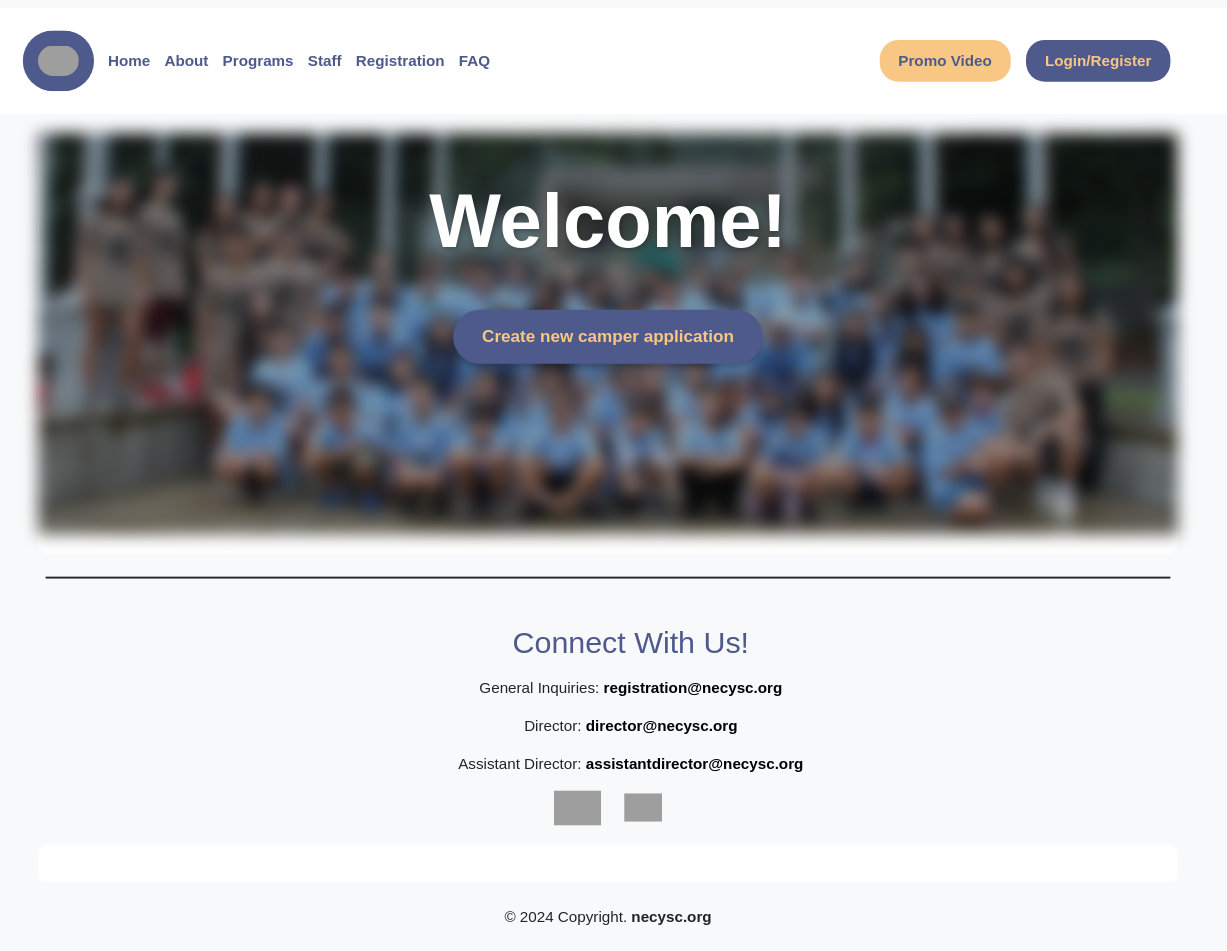
Repository: fullstackatbrown/project-necysc
Page: necysc_app/templates/necysc_app/applicant/index.html
These files come from the project's save history. The page is drawn as it stood at one moment and after the next save; the edit follows.
The browser window is 1280 px wide. The page is 1292 px wide, so the pictures cover 1292 px, including what lies to the right of the window. The pictures show the whole page, at 95% of full size.
Pictures or frames that could not be fetched are drawn as grey boxes. Some web fonts or font styles are not loaded; a fallback is used. The template is drawn by Django 5.2. The application's start-up code is not run. Other server files are loaded and not shown. The template is opened directly, without the code that normally fills it, so the values that code supplies are empty.

Above is the page before, as saved 2024-12-04 03:19:03.

### necysc_app/templates/necysc_app/applicant/index.html
{% extends "necysc_app/base.html" %}
{% load static %}
{% block title %} Applicant Portal {% endblock %}

{% block content %}
<link rel="stylesheet" href="{% static 'necysc_app/applicant_home.css' %}">

<style>
    body {
        background-color: #f8f9fa;
        margin: 0;
        padding: 0;
        height: 100%;
        width: 100%;
        position: relative;
        overflow: hidden;
    }

    .background {
        position: absolute;
        top: 0;
        left: 0;
        width: 100%;
        height: calc(100% - 20px);
        z-index: -1;
        background-image: url("{% static 'necysc_app/images/necyscbannerimage.jpg' %}");
        background-size: cover;
        background-position: center;
        filter: blur(8px);
    }

    body, html {
        margin: 0;
        padding: 0;
        height: 100%;
        width: 100%;
        background-color: #f8f9fa; /* 可选 */
    }

    .container {
        position: relative;
        z-index: 1;
        background-color: rgba(255, 255, 255, 0.9);
        padding: 20px;
        border-radius: 10px;
        max-width: 1200px;
        margin: auto;
        margin-top: 20px;
    }

    h1, p, a, button {
        position: relative;
        z-index: 2;
    }

    .button-container {
        display: flex;
        justify-content: center;
        align-items: flex-start;
        height: 33vh;
        margin-top: 5vh;
    }
    .content-container {
        display: flex;
        flex-direction: column;
        justify-content: center;
        align-items: center;
        height: 13vh;
        margin-top: 5vh;
    }

    .btn-purple {
        background-color: #4e598c;
        color: #f9c784;
        transition: all 0.3s ease;
        border: none;
        padding: 15px 30px;
        cursor: pointer;
        font-size: 18px;
        border-radius: 50px;
        box-shadow: 0 4px 6px rgba(0, 0, 0, 0.2);
    }

    .welcome-title {
        font-size: 5rem;
        text-align: center;
        margin-bottom: 20px;
        font-weight: bold;
        text-shadow: 2px 2px 5px rgba(0, 0, 0, 0.2);
    }

    .btn-purple:hover {
        background-color: #f9c784;
        color: #ffffff;
    }

    .enlarged-btn {
        transform: scale(1);
        transition: transform 0.3s ease;
    }

    .enlarged-btn:hover {
        transform: scale(1.2);
    }
</style>

<div class="background"></div>


<div class="content-container">
    <h2 class="welcome-title">Welcome!</h2>
</div>

{% if applications %}
<div class="container mb-4">
    {% for application in applications %}
    <div class="card col-4 glow">
        <a href="{% url 'necysc_app:application_detail' application.id %}" class="application-card-link">
            <div class="card-body">
                <h5 class="card-title">
                    <span>{{ application.applicant_fname }} {{ application.applicant_lname }}</span>
                    {% if application.app_status == 'A' %}
                    <span class="badge bg-success float-end">Accepted</span>
                    {% elif application.app_status == 'P' %}
                    <span class="badge bg-secondary float-end">Pending</span>
                    {% else %}
                    <span class="badge bg-danger float-end">Rejected</span>
                    {% endif %}
                </h5>
                <hr>
                <p class="card-text fw-light">Year: {{ application.app_year }}</p>
                <p class="card-text m-0 fw-light">Health Status: {{ application.health_record_status }}</p>
            </div>
        </a>
    </div>
    {% endfor %}
</div>
{% endif %}

<div class="button-container">
    <a class="btn-purple enlarged-btn" href="{% url 'necysc_app:new_application' %}">Create new camper application</a>
</div>
{% endblock %}

{% block footer %}
<footer class="pt-4" id="contact">
    <h2 class="ps-5 mb-3 mt-5 text-center" style="color: white;">Connect With Us!</h2>
    <p class="ps-5 text-center" style="color: white;">General Inquiries:
        <a href="mailto:registration@necysc.org" style="color: white">registration@necysc.org</a>
    </p>
    <p class="ps-5 text-center" style="color: white;"> Director:
        <a href="mailto:director@necysc.org" style="color: white">director@necysc.org</a>
    </p>
    <p class="ps-5 text-center" style="color: white;"> Assistant Director:
        <a href="mailto:assistantdirector@necysc.org" style="color: white">assistantdirector@necysc.org</a>
    </p>
    <div class="row text-center align-items-center justify-content-center">
        <div class="col-auto">
            <a href="https://www.instagram.com/NECYSC/" target="_blank">
                <img src="https://cdn.freebiesupply.com/images/large/2x/instagram-icon-white-on-black.png" alt="Instagram Logo" style="width: 50px; height: auto;">
            </a>
        </div>
        <div class="col-auto">
            <a href="https://www.facebook.com/NECYSC" target="_blank">
                <img src="https://www.freepnglogos.com/uploads/logo-facebook-png/logo-facebook-facebook-logo-png-transparent-svg-vector-bie-supply-18.png" alt="Facebook Logo" style="width: 40px; height: auto;">
            </a>
        </div>
    </div>
    <div class="text-center p-4" style="color: white;">
        © 2024 Copyright.
        <a class="text-reset" href="https://necysc.org/">necysc.org</a>
    </div>
</footer>
{% endblock %}

### necysc_app/templates/necysc_app/base.html
<!DOCTYPE html>
<html lang="en">
	<!-- Header -->
	{% load static %} {% include 'necysc_app/header.html' %}

	<head>
		<!-- Required meta tags -->
		<meta charset="utf-8" />
		<meta name="viewport" content="width=device-width, initial-scale=1" />

		<!--Bootstrap CSS-->
		<link
			href="https://cdn.jsdelivr.net/npm/bootstrap@5.0.2/dist/css/bootstrap.min.css"
			rel="stylesheet"
			integrity="sha384-EVSTQN3/azprG1Anm3QDgpJLIm9Nao0Yz1ztcQTwFspd3yD65VohhpuuCOmLASjC"
			crossorigin="anonymous"
		/>

		<title>{% block title %} {% endblock %}</title>
		<link rel="preconnect" href="https://fonts.googleapis.com" />
		<link rel="preconnect" href="https://fonts.gstatic.com" crossorigin />
		<link
			href="https://fonts.googleapis.com/css2?family=Roboto+Mono:ital,wght@0,100..700;1,100..700&display=swap"
			rel="stylesheet"
		/>

		<!--global Hind font-->
		<link
			href="https://fonts.googleapis.com/css2?family=Hind:wght@400;500;600&display=swap"
			rel="stylesheet"
		/>
		<style>
			body {
				font-family: "Hind", sans-serif;
			}
		</style>

	</head>

	<body>
		<!-- Navbar -->
		{% include 'necysc_app/navbar.html' %}

		<!-- Content -->
		<div class="container">{% block content %} {% endblock %}</div>

		<!-- Footer -->
		{% include 'necysc_app/footer.html' %}

		<!--Bootstrap JavaScript Plugins-->
		<script
			src="https://cdn.jsdelivr.net/npm/bootstrap@5.0.2/dist/js/bootstrap.bundle.min.js"
			integrity="sha384-MrcW6ZMFYlzcLA8Nl+NtUVF0sA7MsXsP1UyJoMp4YLEuNSfAP+JcXn/tWtIaxVXM"
			crossorigin="anonymous"
		></script>
	</body>
</html>

### necysc_app/templates/necysc_app/header.html
<!-- Header -->
<head>
    <meta charset="UTF-8" />
    <!-- Bootstrap Imports -->
    <link
      href="https://cdn.jsdelivr.net/npm/bootstrap@5.0.2/dist/css/bootstrap.min.css"
      rel="stylesheet"
      integrity="sha384-EVSTQN3/azprG1Anm3QDgpJLIm9Nao0Yz1ztcQTwFspd3yD65VohhpuuCOmLASjC"
      crossorigin="anonymous"
    />
    <link
      href="https://cdn.jsdelivr.net/npm/bootstrap-icons@1.8.1/font/bootstrap-icons.css"
      rel="stylesheet"
    />
    <script
    src="https://cdn.jsdelivr.net/npm/bootstrap@5.0.2/dist/js/bootstrap.bundle.min.js"
    integrity="sha384-MrcW6ZMFYlzcLA8Nl+NtUVF0sA7MsXsP1UyJoMp4YLEuNSfAP+JcXn/tWtIaxVXM"
    crossorigin="anonymous"
    ></script>
    <meta name="viewport" content="width=device-width, initial-scale=1" />
    {% load static %}
    <link href="{% static 'necysc_app/style.css' %}" rel="stylesheet" />
    <link rel="icon" href="{%  static 'necysc_app/images/favicon.ico' %}">
</head>

### necysc_app/templates/necysc_app/navbar.html
<!DOCTYPE html>
<html>
<head>
    <title>Your Page Title</title>
    <style>
        a {
            font-weight: bold;
            text-decoration: none;
        }

        .dropdown {
            position: relative;
            display: inline-block;
        }

        .dropdown-content {
            display: none;
            position: absolute;
            background-color: #f9f9f9;
            min-width: 160px;
            box-shadow: 0px 8px 16px 0px rgba(0, 0, 0, 0.2);
            z-index: 10;
            top: 100%;
        }

        .dropdown-content a {
            color: #4e598c;
            padding: 12px 16px;
            text-decoration: none;
            display: block;
            transition: color 0.3s ease, background-color 0.3s ease;
        }

        .dropdown-content a:hover {
            background-color: #4e598c;
            color: #F9C784;
        }

        .dropdown:hover .dropdown-content {
            display: block;
        }

        .navbar-link {
            color: #4e598c;
            transition: color 0.3s ease;
        }

        .navbar-link:hover {
            color: #F9C784;
            background: #4e598c;
            transition: color 0.3s ease;
            padding: 10px 20px;
            border-radius: 9px;
        }

        .active {
            color: #F9C784;
            background: #4e598c;
            padding: 10px 20px;
            text-decoration: none;
            border-radius: 9px;
        }


        .btn-login {
            background-color: #4e598c;
            color: #F9C784;
            transition: all 0.3s ease;
            padding: 10px 20px;
            border-radius: 20px;
            display: inline-block;
            text-align: center;
        }

        .btn-login:hover {
            background-color: #F9C784;
            color: #FFFFFF;
        }

        .btn-padding {
            padding: 10px 20px;
            border-radius: 20px;
            display: inline-block;
            text-align: center;
            background: #F9C784;
            color: #4e598c;
            transition: all 0.3s ease;
        }

        .btn-padding:hover {
            background-color: #4e598c;
            color: #ffffff;
        }


        .col-auto {
            display: flex;
            align-items: center;
        }

        img {
            height: 4rem;
            max-width: 100%;
        }

        #logobutton {
            background-color: #4e598c;
            transition: all 0.3s ease;
        }

        #logobutton:hover {
            background-color: #F9C784;
            color: #FFFFFF;
        }
    </style>
</head>
<body>

<!-- navbar sticky -->
{% load static %}
<div class="row mt-2 pt-4 pb-4 mb-3 d-flex ps-4 pe-5 align-items-center gap-3 sticky-top bg-bi-white bg-white row">

    <input type="checkbox" id="menu-toggle" class="menu-toggle">
    <label for="menu-toggle" class="hamburger">
        &#9776;
    </label>

    <div class="nav-links">

        <div class="col-auto">
            <a href="{% url 'necysc_app:index' %}" id="logo-link">
                <img src="https://www.necysc.org/v2/images/logo2.png" alt="Your Image Description" id="logobutton" class="rounded-pill p-3"/>
            </a>
        </div>

        <div class="dropdown col-auto">
            {% if request.user.is_authenticated %}
            <a href="{% url 'necysc_app:home' %}" class="navbar-link {% if request.path == '/' %}active{% endif %}">Applicant Home</a>
            {% else %}
            <a href="{% url 'necysc_app:index' %}" class="navbar-link {% if request.path == '/' %}active{% endif %}">Home</a>
            {% endif %}
        </div>

        {% if not request.user.is_authenticated %}
        <div class="dropdown col-auto">
            <a href="{% url 'necysc_app:about' %}" class="navbar-link {% if request.path == '/about/' %}active{% endif %}">About</a>
            <div class="dropdown-content">
                <a href="{% url 'necysc_app:about' %}#sponsors">Sponsors</a>
                <a href="{% url 'necysc_app:about' %}#contact">Contact Us</a>
            </div>
        </div>

        <div class="dropdown col-auto">
            <a href="{% url 'necysc_app:programs' %}" class="navbar-link {% if request.path == '/programs/' %}active{% endif %}">Programs</a>
            <div class="dropdown-content">
                <a href="{% url 'necysc_app:programs' %}#day">Day Camp</a>
                <a href="{% url 'necysc_app:programs' %}#on">Overnight Camp</a>
                <a href="{% url 'necysc_app:programs' %}#ea">ExplorAsian</a>
            </div>
        </div>

        <div class="dropdown col-auto">
            <a href="{% url 'necysc_app:staff' %}" class="navbar-link {% if request.path == '/staff/' %}active{% endif %}">Staff</a>
            <div class="dropdown-content">
                <a href="{% url 'necysc_app:staff' %}#cit">CIT</a>
                <a href="{% url 'necysc_app:staff' %}#counselor">Counselor</a>
                <a href="{% url 'necysc_app:staff' %}#ra">RA</a>
                <a href="{% url 'necysc_app:staff' %}#ops">OPs</a>
                <a href="{% url 'necysc_app:staff' %}#committee">Committee</a>
            </div>
        </div>

        <div class="dropdown col-auto">
            <a href="{% url 'necysc_app:registration' %}" class="navbar-link {% if request.path == '/registration/' %}active{% endif %}">Registration</a>
            <div class="dropdown-content">
                <a href="{% url 'necysc_app:registration' %}#importantdates">2025 Important Dates</a>
                <a href="{% url 'necysc_app:registration' %}#financialaid">Financial Aid</a>
            </div>
        </div>

        <div class="dropdown col-auto">
            <a href="{% url 'necysc_app:faq' %}" class="navbar-link {% if request.path == '/faq/' %}active{% endif %}">FAQ</a>
            <div class="dropdown-content">
                <a href="{% url 'necysc_app:faq' %}#faqregistration">Registration</a>
                <a href="{% url 'necysc_app:faq' %}#faqleavingcamp">Leaves and Visits</a>
                <a href="{% url 'necysc_app:faq' %}#faqhealth">Health and Safety</a>
                <a href="{% url 'necysc_app:faq' %}#camp">Camp Activities</a>
            </div>
        </div>
        {% endif %}

        <div class="col-auto ms-auto">
            <a href="https://youtu.be/PPZ1zu8fGl0?si=h436QWcB9vHQeV_G" target="_blank" class="btn-padding me-3">Promo Video</a>
            {% if request.user.is_authenticated %}
            <a href="{% url 'necysc_app:logout' %}" class="btn-login">Logout</a>
            {% else %}
            <a href="{% url 'necysc_app:login' %}" class="btn-login">Login/Register</a>
            {% endif %}
        </div>
    </div>
</div>

</body>
</html>

### necysc_app/templates/necysc_app/footer.html
<!-- Footer -->
<footer class="pt-4" id="contact">
  <div class="ms-5 me-5 mb-5 bg-dark" style="height: 2px;"></div>

  <h2 class="ps-5 mb-3 mt-5 text-center" style="color: #4e598c;">Connect With Us!</h2>
  <p class="ps-5 text-center"> General Inquiries:
    <a href="mailto:registration@necysc.org" style="color: black">registration@necysc.org</a>
  </p>
  <p class="ps-5 text-center"> Director:
    <a href="mailto:registration@necysc.org" style="color: black">director@necysc.org</a>
  </p>
  <p class="ps-5 text-center"> Assistant Director:
    <a href="mailto:registration@necysc.org" style="color: black">assistantdirector@necysc.org</a>
  </p>

  <div class="row text-center align-items-center justify-content-center">
    <div class="col-auto">
        <a href="https://www.instagram.com/NECYSC/" style="display: inline-block;" target="_blank">
            <img src="https://cdn.freebiesupply.com/images/large/2x/instagram-icon-white-on-black.png" alt="Instagram Logo" style="width: 50px; height: auto;">
        </a>
    </div>
    <div class="col-auto">
      <a href="https://www.facebook.com/NECYSC" style="display: inline-block;" target="_blank">
          <img src="https://www.freepnglogos.com/uploads/logo-facebook-png/logo-facebook-facebook-logo-png-transparent-svg-vector-bie-supply-18.png" alt="Facebook Logo" style="width: 40px; height: auto;">
      </a>
    </div>
  </div>


  <!-- Copyright -->
  <div class="container"></div>
  <div class="text-center p-4">
    © 2024 Copyright.
    <a class="text-reset" href="https://necysc.org/">necysc.org</a>
  </div>

</footer>
<!-- Footer -->

### necysc_app/static/necysc_app/style.css
.hero-section {
  position: relative;
  background-size: cover;
  background-position: center;
  background-repeat: no-repeat;
  color: white;
  height: 60vh;
  display: flex;
  align-items: center;
  justify-content: center;
  overflow: hidden;
}

.hero-section .overlay {
  position: absolute;
  top: 0;
  left: 0;
  width: 100%;
  height: 100%;
  background-color: rgba(0, 0, 0, 0.5);
  z-index: 1;
}

.hero-section .position-relative {
  z-index: 2;
}

.btn-purple {
  background-color: #4e598c;
  color: #f9c784;
  transition: all 0.3s ease;
  padding: 10px 20px;
  border-radius: 20px;
  display: inline-block;
  text-align: center;
  text-decoration: none;
  outline: none;
  border: none;
}

.btn-purple:hover {
  background-color: #f9c784;
  color: #ffffff;
}


.accordion-item .accordion-button:not(.collapsed) {
  background-color: #4e598c; /* Darker purple when open */
  color: #ffffff; /* White text for contrast */
}


.menu-toggle {
  display: none;
}

.hamburger {
  display: none;
  font-size: 24px;
  cursor: pointer;
  color: #4e598c;
}


.nav-links {
  display: flex;
  gap: 15px;
}


@media (max-width: 768px) {
  .nav-links {
      display: none;
      flex-direction: column;
      background-color: white;
      position: absolute;
      top: 60px;
      right: 0;
      width: 100%;
      padding: 10px;
      z-index: 1000;
  }

  .menu-toggle:checked + .hamburger + .nav-links {
      display: flex;
  }

  .hamburger {
      display: block;
  }
}

.optional {
  color: gray;
  font-style: italic;
}

.white-link {
  color: #ffffff;
  text-decoration: none;
  transition: color 0.3s ease;
}

.white-link:hover {
  color: #cccccc;
}

.welcome-title {
  color: white;
}

### necysc_app/static/necysc_app/applicant_home.css
.application-card-link {
  text-decoration: none; /* Remove underline */
  color: inherit; /* Inherit text color */
}

.application-card-link:hover {
  text-decoration: none; /* Remove underline */
  color: inherit; /* Inherit text color */
}

.application-card {
  display: flex;
  flex-direction: column;
  border: 1px solid #ccc;
  border-radius: 8px;
  padding: 15px;
  width: 300px;
  height: 180px;
  box-shadow: 0 2px 5px rgba(0, 0, 0, 0.1);
  background-color: #fff;
  position: relative;
  transition: transform 0.2s;
}

.application-card:hover {
  transform: scale(1.02);
  box-shadow: inset;
}

.application-card h2 {
  font-size: 1.5em;
  margin: 0 0 10px 0;
}

.application-card h3 {
  font-size: 1.2em;
  color: #555;
}

.application-card p {
  margin: 5px 0;
}


.status {
  border-radius: 5px;
  color: #fff;
  font-weight: bold;
  z-index: 1;
}

.status.a {
  background-color: rgba(0, 128, 0, 0.2);
  color: green;
}

.status.d {
  background-color: rgba(255, 0, 0, 0.2);
  color: red;
}

.status.p {
  background-color: rgba(255, 165, 0, 0.2);
  color: orange;
}

.status.i {
  background-color: rgba(0, 0, 255, 0.2);
  color: blue;
}

.glow {
  transition: box-shadow 0.3s ease-in-out;
}

.glow:hover {
  box-shadow: 0 0 20px 2px rgba(0, 0, 0, 0.15); /* Adjust the glow effect */
}

.btn-logout {
    display: inline-block;
    padding: 8px 15px;
    background-color: #ff4444;
    color: #fff;
    text-decoration: none;
    border-radius: 5px;
    font-weight: bold;
    transition: background-color 0.3s ease;
    cursor: pointer;
    margin: 10px 0;
}

.btn-logout:hover {
    background-color: #cc0000;
}

After the next save:
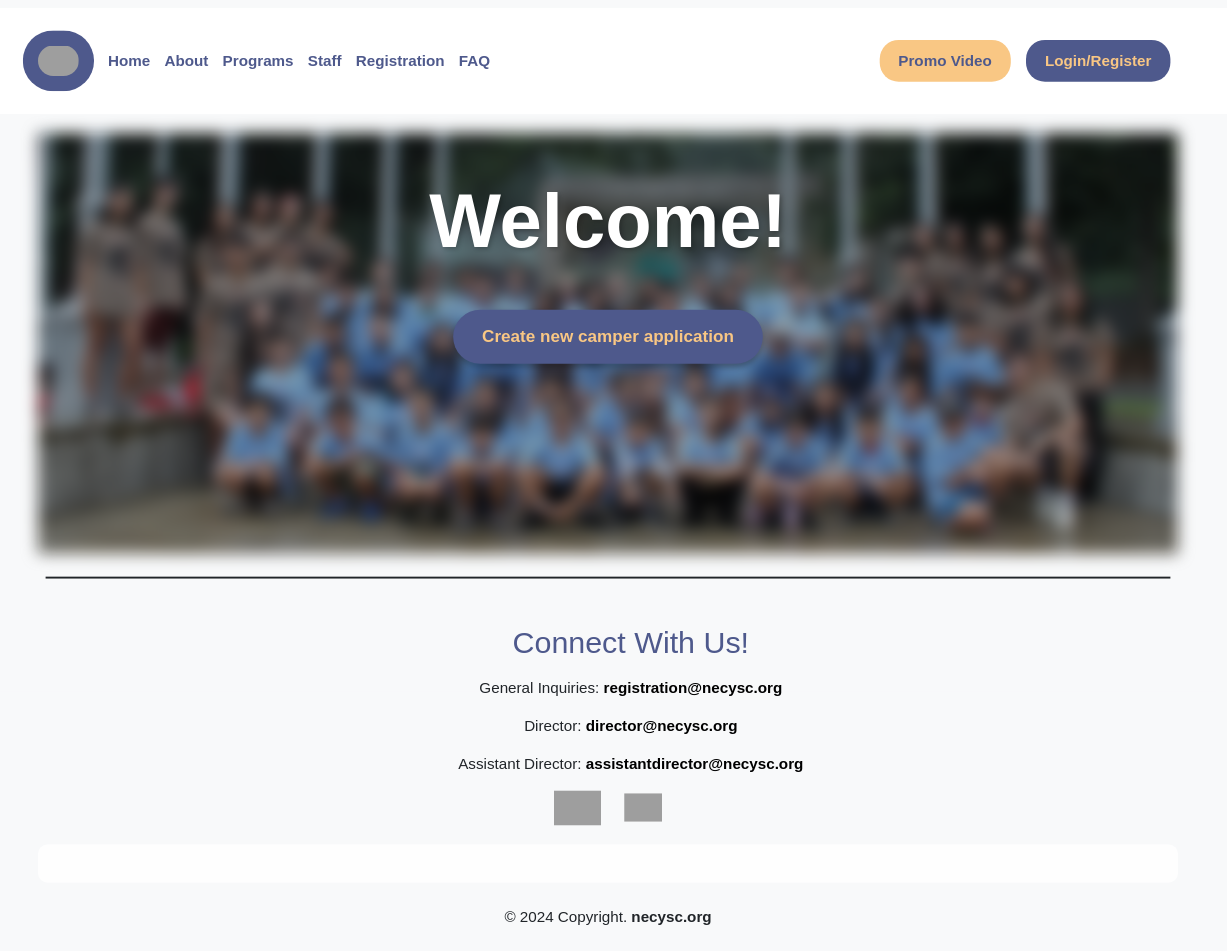
Saved 5 s later.
--- a/necysc_app/templates/necysc_app/applicant/index.html
+++ b/necysc_app/templates/necysc_app/applicant/index.html
@@ -21,7 +21,7 @@
         top: 0;
         left: 0;
         width: 100%;
-        height: calc(100% - 20px);
+        height: calc(100% - 0px);
         z-index: -1;
         background-image: url("{% static 'necysc_app/images/necyscbannerimage.jpg' %}");
         background-size: cover;
